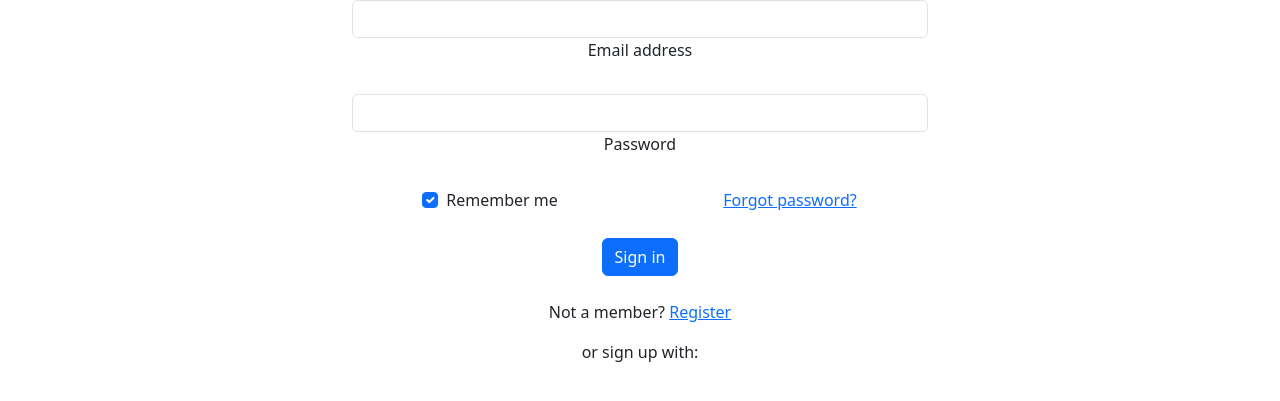
Repository: HieuNT-2001/JAVA-3---SOF203
Page: http://localhost/HocJava4/views/LoginForm.jsp
An editor plug-in stored every save of this project. The page is shown before and after the next save, followed by the edit.
The browser window is 1280 px wide. The pictures show the whole page.
The page is served by Tomcat 10. Other server files are loaded and not shown.

Above is the page before, as saved 2024-09-28 03:20:46.

### HocJava4/src/main/webapp/views/LoginForm.jsp
<%@ page language="java" contentType="text/html; charset=UTF-8"
	pageEncoding="UTF-8"%>
<!doctype html>
<html lang="en">
<head>
<meta charset="utf-8">
<meta name="viewport" content="width=device-width, initial-scale=1">
<title>Bootstrap demo</title>
<link
	href="https://cdn.jsdelivr.net/npm/bootstrap@5.3.3/dist/css/bootstrap.min.css"
	rel="stylesheet"
	integrity="sha384-QWTKZyjpPEjISv5WaRU9OFeRpok6YctnYmDr5pNlyT2bRjXh0JMhjY6hW+ALEwIH"
	crossorigin="anonymous">
</head>
<body>
	<div class="container" style="width: 600px; text-align: center;">
		<form>
			<!-- Email input -->
			<div data-mdb-input-init class="form-outline mb-4">
				<input type="email" id="form2Example1" class="form-control" /> <label
					class="form-label" for="form2Example1">Email address</label>
			</div>

			<!-- Password input -->
			<div data-mdb-input-init class="form-outline mb-4">
				<input type="password" id="form2Example2" class="form-control" /> <label
					class="form-label" for="form2Example2">Password</label>
			</div>

			<!-- 2 column grid layout for inline styling -->
			<div class="row mb-4">
				<div class="col d-flex justify-content-center">
					<!-- Checkbox -->
					<div class="form-check">
						<input class="form-check-input" type="checkbox" value=""
							id="form2Example31" checked /> <label class="form-check-label"
							for="form2Example31"> Remember me </label>
					</div>
				</div>

				<div class="col">
					<!-- Simple link -->
					<a href="#!">Forgot password?</a>
				</div>
			</div>

			<!-- Submit button -->
			<button type="button" data-mdb-button-init data-mdb-ripple-init
				class="btn btn-primary btn-block mb-4">Sign in</button>

			<!-- Register buttons -->
			<div class="text-center">
				<p>
					Not a member? <a href="#!">Register</a>
				</p>
				<p>or sign up with:</p>
				<button type="button" data-mdb-button-init data-mdb-ripple-init
					class="btn btn-link btn-floating mx-1">
					<i class="fab fa-facebook-f"></i>
				</button>

				<button type="button" data-mdb-button-init data-mdb-ripple-init
					class="btn btn-link btn-floating mx-1">
					<i class="fab fa-google"></i>
				</button>

				<button type="button" data-mdb-button-init data-mdb-ripple-init
					class="btn btn-link btn-floating mx-1">
					<i class="fab fa-twitter"></i>
				</button>

				<button type="button" data-mdb-button-init data-mdb-ripple-init
					class="btn btn-link btn-floating mx-1">
					<i class="fab fa-github"></i>
				</button>
			</div>
		</form>
	</div>
	<script
		src="https://cdn.jsdelivr.net/npm/bootstrap@5.3.3/dist/js/bootstrap.bundle.min.js"
		integrity="sha384-YvpcrYf0tY3lHB60NNkmXc5s9fDVZLESaAA55NDzOxhy9GkcIdslK1eN7N6jIeHz"
		crossorigin="anonymous"></script>
</body>
</html>

After the next save:
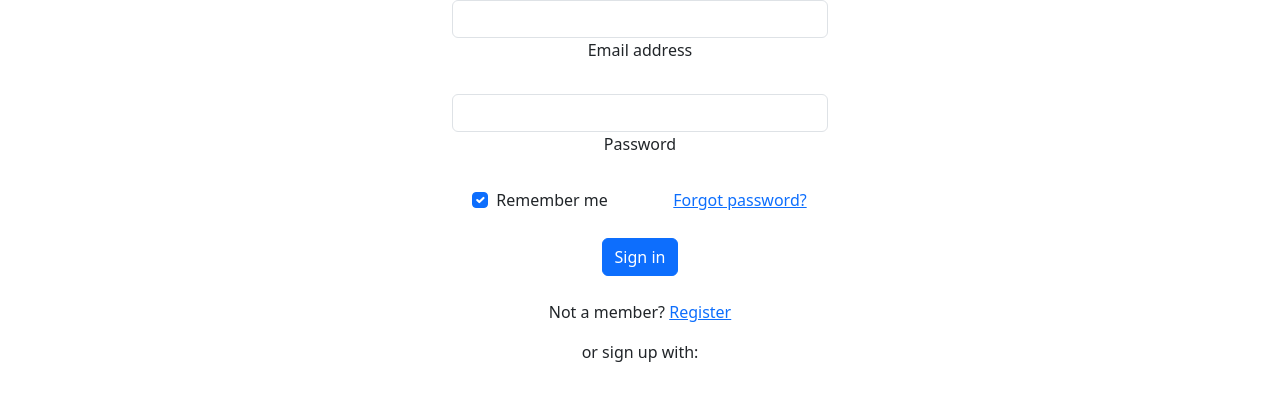
Saved 13 s later.
--- a/HocJava4/src/main/webapp/views/LoginForm.jsp
+++ b/HocJava4/src/main/webapp/views/LoginForm.jsp
@@ -13,7 +13,7 @@
 	crossorigin="anonymous">
 </head>
 <body>
-	<div class="container" style="width: 600px; text-align: center;">
+	<div class="container" style="width: 400px; text-align: center;">
 		<form>
 			<!-- Email input -->
 			<div data-mdb-input-init class="form-outline mb-4">
